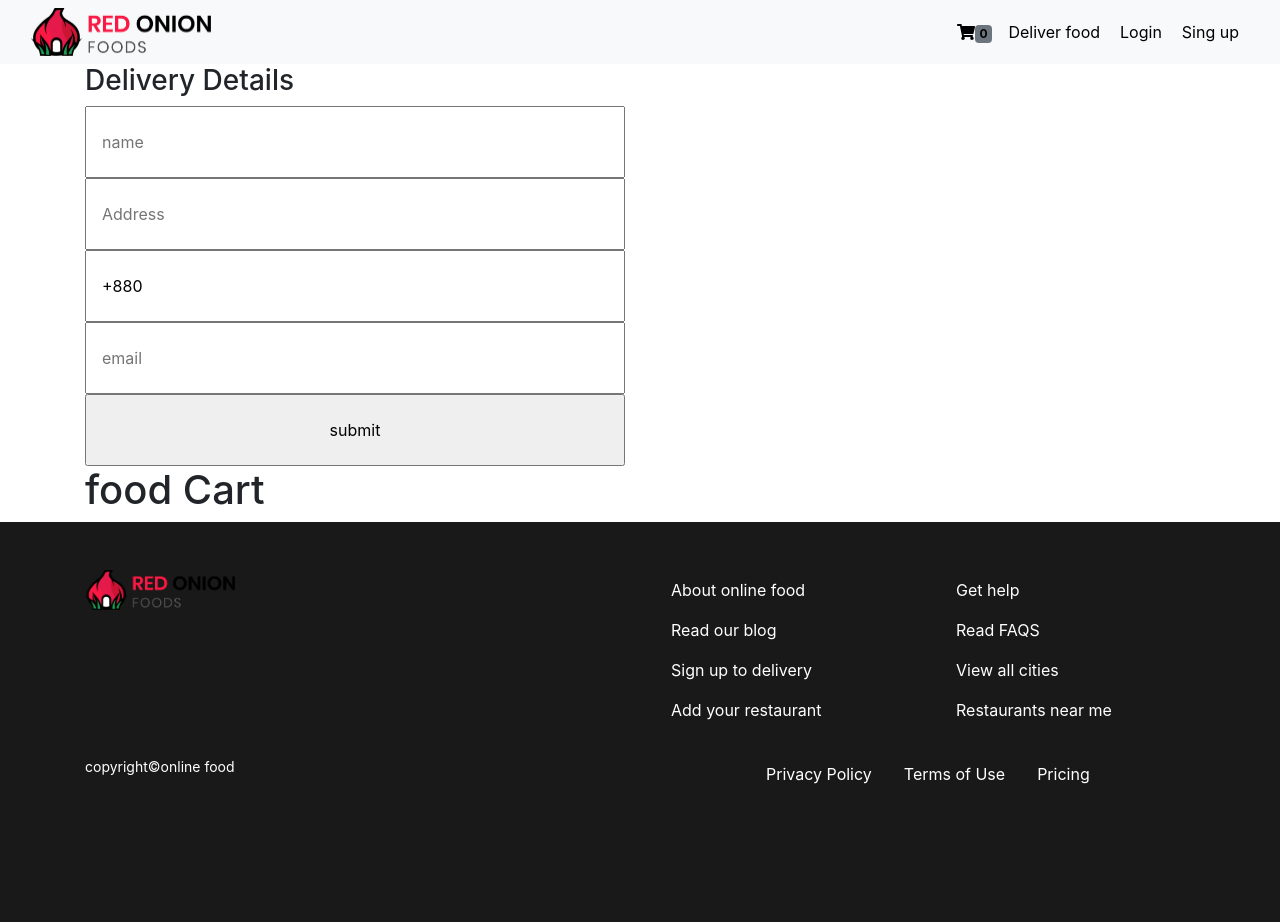
Repository: arif286/red-onion-client
Page: /cart
These files come from the project's save history. The page is drawn as it stood at one moment and after the next save; the edit follows.
The browser window is 1280 px wide. The pictures show the whole page.
The project was rebuilt for these pictures with package versions that can differ from the ones it lists, and the page was loaded fresh each time. Also part of the build but not shown: src/App.css, src/components/SearchBar/SearchBar.css, src/components/SearchBar/SearchBar.js, src/components/FoodDetails/FoodDetail.css, src/components/FoodDetails/FoodDetail.js, src/components/DeliveryFood/DeliveryFood.js, src/components/Food/Food.css, src/components/Food/FoodItem.js and 9 more.

Above is the page before, as saved 2021-03-30 16:03:03.

After the next save:
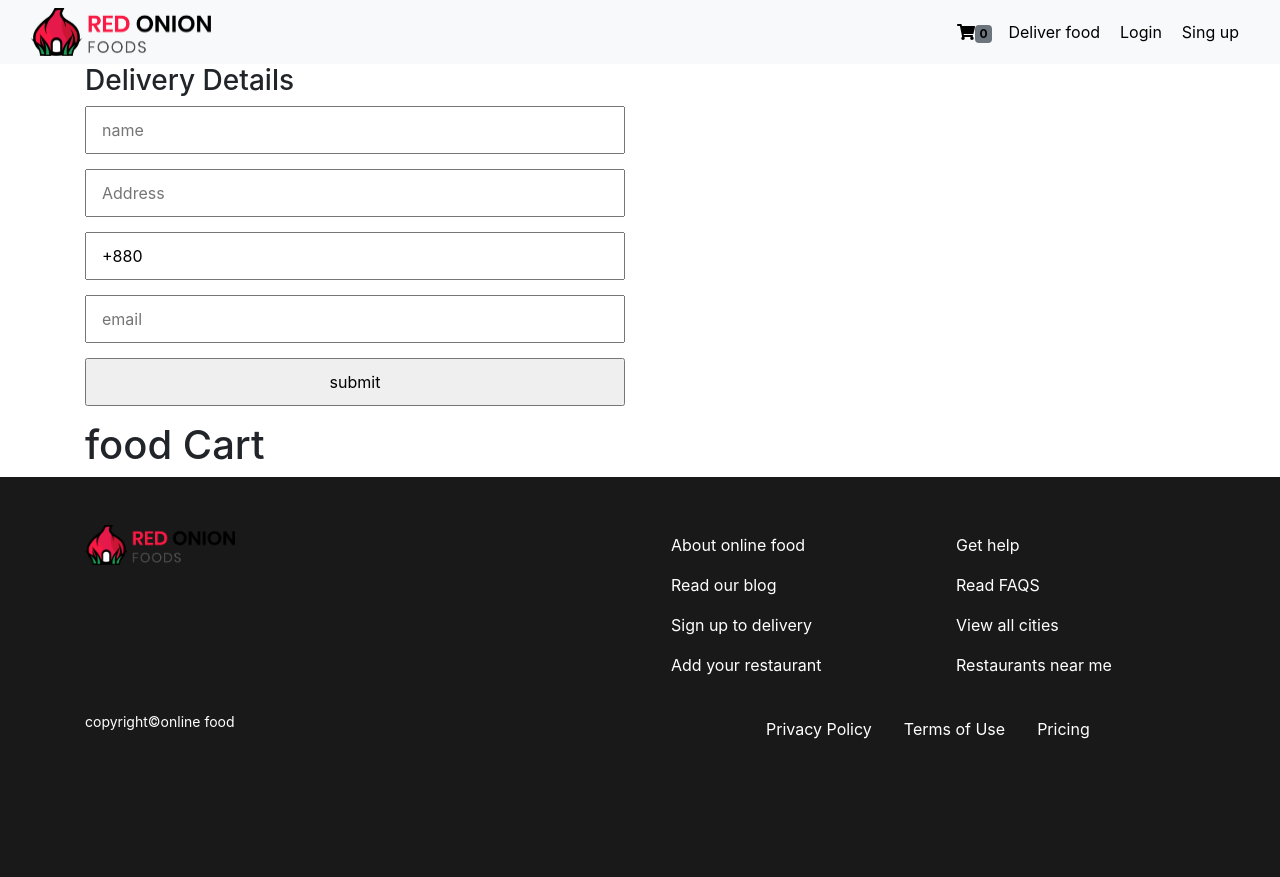
Saved 15 s later.
--- a/src/components/Cart/Cart.css
+++ b/src/components/Cart/Cart.css
@@ -2,5 +2,5 @@
   width: 100%;
   padding: 10px 15px;
   box-sizing: border-box;
-  line-height: 3;
+  margin-bottom: 15px;
 }
